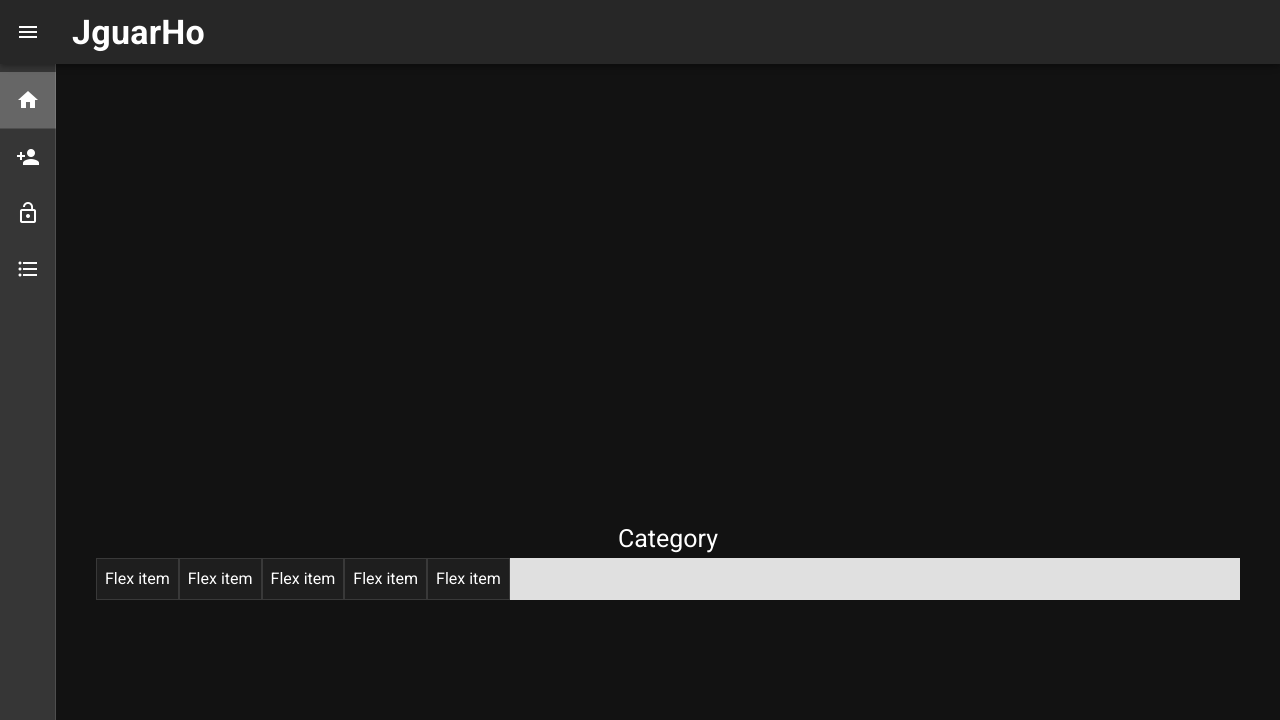
Repository: agent501/MRMS
Page: /
These files come from the project's save history. The page is drawn as it stood at one moment and after the next save; the edit follows.
The browser window is 1280 px wide. The pictures show the whole page.
The page's requests for data from a server got no answer. The project was rebuilt for these pictures with package versions that can differ from the ones it lists, and the page was loaded fresh each time. No one was signed in, and anything a server would have sent is missing. Also part of the build but not shown: vue.config.js, src/components/Product/products.vue, src/components/Product/product.vue, src/components/Product/createproduct.vue, src/components/User/signin.vue, src/components/User/signup.vue, src/components/User/profile.vue, src/components/Shared/Alert.vue and 2 more. Imported but missing from the stored project, and not drawn on this page: src/router/auth-guard.js.

Above is the page before, as saved 2020-08-05 11:17:45.

### src/main.js
import Vue from 'vue';
import App from './App.vue';
import router from './router';
import { store } from './store';
import alert from './components/Shared/Alert.vue';
import vuetify from './plugins/vuetify';
import { fb } from './components/firebase/firebase.js';
import * as firebase from 'firebase';
import editproductdiaglog from './components/Product/Edit/editproductdialog.vue';
import editprogressbar from './components/Product/Edit/editprogressbar.vue';

Vue.component('app-alert', alert);
Vue.component('app-edit-product', editproductdiaglog);
Vue.component('app-edit-progress', editprogressbar);

Vue.config.productionTip = false;

new Vue({
  router,
  store,
  vuetify,
  render: (h) => h(App),
  created() {
    fb;
    firebase.auth().onAuthStateChanged((user) => {
      if (user) {
        this.$store.dispatch('autosignin', user);
      }
    });
    this.$store.dispatch('loadProducts');
  },
}).$mount('#app');

### src/App.vue
<template>
  <v-app>
    <v-navigation-drawer v-model="drawer" :mini-variant.sync="mini" app clipped dense permanent>
      <v-list>
        <v-list-item to="/">
          <v-list-item-icon>
            <v-icon medium>home</v-icon>
          </v-list-item-icon>

          <v-list-item-content>
            <v-list-item-title>Home</v-list-item-title>
          </v-list-item-content>
        </v-list-item>

        <v-divider></v-divider>
        <v-list-item v-for="item in menuItems" :key="item.title" router :to="item.link">
          <v-list-item-icon>
            <v-icon medium>{{ item.icon }}</v-icon>
          </v-list-item-icon>

          <v-list-item-content>
            <v-list-item-title>{{ item.text }}</v-list-item-title>
          </v-list-item-content>
        </v-list-item>
        <v-list-item v-if="userIsAuthenticated || adminIsAuthenticated" @click="onLogout">
          <v-list-item-icon>
            <v-icon>exit_to_app</v-icon>
          </v-list-item-icon>
          <v-list-item-content>Logout</v-list-item-content>
        </v-list-item>
      </v-list>
    </v-navigation-drawer>

    <v-app-bar app clipped-left>
      <v-app-bar-nav-icon @click.stop="mini=!mini"></v-app-bar-nav-icon>
      <v-toolbar-title class="font-weight-bold display-1">
        <router-link to="/" tag="span" style="cursor:pointer">JguarHo</router-link>
      </v-toolbar-title>
    </v-app-bar>

    <!-- Page Content -->
    <v-content>
      <router-view></router-view>
    </v-content>

    <!-- <v-footer>
      <span>JguarHo &copy; Copyright Reserved</span>
    </v-footer>-->
  </v-app>
</template>

<script>
// import HelloWorld from './components/HelloWorld';

export default {
  name: 'App',

  components: {
    // HelloWorld,
  },
  props: {
    source: String
  },
  data: () => ({
    mini: true,
    drawer: true
    // items: [
    //   { icon: 'lock_open', text: 'Sign In', link: '/signin' },
    //   { icon: 'home', text: 'Home', link: '/' },
    //   { icon: 'list', text: 'All Products', link: '/products' },
    //   { icon: 'help_outline', text: 'About Us', link: '' }
    // ]
  }),
  computed: {
    menuItems() {
      let items = [
        { icon: 'person_add', text: 'Sign Up', link: '/signup' },
        { icon: 'lock_open', text: 'Sign In', link: '/signin' },

        {
          icon: 'format_list_bulleted',
          text: 'All Products',
          link: '/products'
        }
        // { icon: 'person', text: 'About Us', link: '' }
      ];
      if (this.adminIsAuthenticated) {
        items = [
          {
            icon: 'create_new_folder',
            text: 'Create Product',
            link: '/createproduct'
          },
          {
            icon: 'format_list_bulleted',
            text: 'All Products',
            link: '/products'
          },
          {
            icon: 'person',
            text: 'Profile',
            link: '/profile/' + this.adminIsAuthenticated.id
          }
        ];
      } else if (this.userIsAuthenticated) {
        items = [
          {
            icon: 'format_list_bulleted',
            text: 'All Products',
            link: '/products'
          },
          {
            icon: 'person',
            text: 'Profile',
            link: '/profile/' + this.userIsAuthenticated.id
          }
        ];
      }
      return items;
    },
    adminIsAuthenticated() {
      return (
        this.$store.getters.user !== null &&
        this.$store.getters.user !== undefined &&
        this.$store.getters.user.id === 'ktQMfIIbLQRTlySJDVzU9JbCF293' &&
        this.$store.getters.user
      );
    },
    userIsAuthenticated() {
      return (
        this.$store.getters.user !== null &&
        this.$store.getters.user !== undefined &&
        this.$store.getters.user
      );
    }
  },
  created() {
    this.$vuetify.theme.dark = true;
  },
  methods: {
    onLogout() {
      this.$store.dispatch('logout');
      this.$router.push('/');
    }
  }
};
</script>

### src/router/index.js
import Vue from 'vue';
import VueRouter from 'vue-router';
import home from '../components/Home.vue';
import products from '../components/Product/products.vue';
import product from '../components/Product/product.vue';
import createproduct from '../components/Product/createproduct.vue';
import signin from '../components/User/signin.vue';
import signup from '../components/User/signup.vue';
import profile from '../components/User/profile.vue';
import AuthGuard from '../router/auth-guard.js';

Vue.use(VueRouter);

export default new VueRouter({
  mode: 'history',
  routes: [
    { path: '/', name: 'home', component: home },
    { path: '/products', name: 'products', component: products },
    {
      path: '/createproduct',
      name: 'createproduct',
      component: createproduct,
      beforeEnter: AuthGuard,
    },
    { path: '/signin', name: 'signin', component: signin },
    { path: '/signup', name: 'signup', component: signup },
    {
      path: '/profile/:id',
      name: 'profile',
      component: profile,
      beforeEnter: AuthGuard,
    },
    {
      path: '/products/:id',
      name: 'product',
      props: true,
      component: product,
    },
  ],
});

### src/store/index.js
import Vue from 'vue';
import Vuex from 'vuex';

import product from './product';
import user from './user';
import shared from './shared';

Vue.use(Vuex);

export const store = new Vuex.Store({
  modules: {
    product: product,
    user: user,
    shared: shared,
  },
});

### src/plugins/vuetify.js
import Vue from 'vue';
import Vuetify from 'vuetify/lib';
import '@mdi/font/css/materialdesignicons.css'; //
import 'material-design-icons-iconfont/dist/material-design-icons.css';

Vue.use(Vuetify);

export default new Vuetify({
  icons: {
    iconfont: 'mdi',
  },
});

### src/components/firebase/firebase.js
import firebase from 'firebase/app';
import 'firebase/firestore';
import 'firebase/storage';

var firebaseConfig = {
  apiKey: 'AIzaSyBJdvJyA-ac-dO3JYy-4WKY7wIkma-Y1fI',
  authDomain: 'mrms-2ae69.firebaseapp.com',
  databaseURL: 'https://mrms-2ae69.firebaseio.com',
  projectId: 'mrms-2ae69',
  storageBucket: 'mrms-2ae69.appspot.com',
  messagingSenderId: '287673096935',
  appId: '1:287673096935:web:7f7f75dea0b5657353e042',
  measurementId: 'G-EKPLN37GXX',
};

export const fb = firebase.initializeApp(firebaseConfig);

### src/components/Home.vue
<template>
  <div class="mx-10" style="max-width:1800px">
    <v-layout>
      <v-flex xs12 class="text-xs-center" v-if="!loading">
        <v-progress-circular
          indeterminate
          class="primary--text"
          :width="7"
          :size="70"
          v-if="loading"
        ></v-progress-circular>
      </v-flex>
    </v-layout>

    <v-carousel
      cycle
      class="mt-4"
      height="400"
      hide-delimiters
      show-arrows-on-hover
      width="100%"
      style="cursor:pointer"
    >
      <v-carousel-item
        v-for="product in products"
        :key="product.id"
        @click="onLoadProduct(product.id)"
      >
        <div class="text-right">
          <span class="title">{{ product.name }}</span>
        </div>
        <img :src="product.featureimage" style="height: 100%; width: 100%; object-fit: contain" />
      </v-carousel-item>
    </v-carousel>

    <div>
      <div class="mt-10 text-center" style="font-size:25px">Category</div>
      <div>
        <v-card class="d-flex flex-wrap" color="grey lighten-2" flat tile>
          <v-card
            v-for="n in 5"
            :key="n"
            class="pa-2"
            max-width="800"
            max-height="500"
            outlined
            tile
          >Flex item</v-card>
        </v-card>
      </div>
    </div>
  </div>
</template>

<script>
export default {
  // data: () => ({
  //   images: [
  //     {
  //       src: 'https://cdn.vuetifyjs.com/images/carousel/squirrel.jpg',
  //       title: 'image1asdasdasdsadasdasdsadasdasd',
  //       id: 'asdad123'
  //     },
  //     {
  //       src: 'https://cdn.vuetifyjs.com/images/carousel/sky.jpg',
  //       title: 'image2',
  //       id: 'asdasd1223'
  //     },
  //     {
  //       src: 'https://cdn.vuetifyjs.com/images/carousel/bird.jpg',
  //       title: 'image3',
  //       id: 'asdad13223'
  //     },
  //     {
  //       src: 'https://cdn.vuetifyjs.com/images/carousel/planet.jpg',
  //       title: 'image4',
  //       id: 'asdaasd1123'
  //     }
  //   ]
  // }),
  computed: {
    products() {
      return this.$store.getters.featuredProducts;
    },
    loading() {
      return this.$store.getters.loading;
    },
  },
  methods: {
    onLoadProduct(id) {
      this.$router.push('/products/' + id);
    },
  },
};
</script>

<style scoped>
.title {
  background-color: rgba(235, 235, 235, 0.897);
  color: black;

  padding: 10px 30px;
}
</style>

### src/store/product/index.js
import * as firebase from 'firebase';

export default {
  state: {
    loadedProducts: [],
  },
  mutations: {
    createProduct(state, payload) {
      state.loadedProducts.push(payload);
    },
    setLoadedProducts(state, payload) {
      state.loadedProducts = payload;
    },
    updateProduct(state, payload) {
      const product = state.loadedProducts.find((product) => {
        return product.id === payload.id;
      });
      if (payload.name) {
        product.name = payload.name;
      }
      if (payload.description) {
        product.description = payload.description;
      }
      if (payload.earningperunit) {
        product.earningperunit = payload.earningperunit;
      }
      if (payload.investmentperunit) {
        product.investmentperunit = payload.investmentperunit;
      }
    },
    updateProgress(state, payload) {
      const product = state.loadedProducts.find((product) => {
        return product.id === payload.id;
      });
      if (payload.productprogressbar) {
        product.productprogressbar = payload.productprogressbar;
      }
    },
    deleteProduct(state, payload) {
      const registeredProducts = state.loadedProducts;
      registeredProducts.splice(
        registeredProducts.findIndex((product) => product.id === payload),
        1
      );
      // Reflect.deleteProperty(state.user.fbKeys,payload)
    },
  },
  actions: {
    loadProducts({ commit }) {
      commit('setLoading', true);
      firebase
        .database()
        .ref('products')
        .once('value')
        .then((data) => {
          const products = [];
          const obj = data.val();
          for (let key in obj) {
            products.push({
              id: key,
              name: obj[key].name,
              description: obj[key].description,
              investmentperunit: obj[key].investmentperunit,
              earningperunit: obj[key].earningperunit,
              creatorId: obj[key].creatorId,
              productimage: obj[key].productimage,
              productprogressbar: obj[key].productprogressbar,
              featureimage: obj[key].productimage[0],
            });
          }
          commit('setLoadedProducts', products);
          commit('setLoading', false);
        })
        .catch((error) => {
          console.log(error);
          commit('setLoading', true);
        });
    },
    deleteProduct({ commit }, payload) {
      const productId = payload;
      console.log(productId);
      firebase
        .database()
        .ref('products')
        .child(productId)
        .remove()
        .then(function () {
          // File deleted successfully

          console.log('success');
        })
        .catch(function (error) {
          // Uh-oh, an error occurred!
          console.log(error);
        });
      commit('deleteProduct', payload);
    },
    createProduct({ commit, getters }, payload) {
      const product = {
        name: payload.name,
        description: payload.description,
        investmentperunit: payload.investmentperunit,
        earningperunit: payload.earningperunit,
        productimage: payload.productimage,
        productprogressbar: payload.productprogressbar,
        creatorId: getters.user.id,
      };
      let key;
      firebase
        .database()
        .ref('products')
        .push(product)
        .then((data) => {
          //specific product id
          key = data.key;
          commit('createProduct', { ...product, id: key });
          // return key
        });
    },
    updateproductdata({ commit }, payload) {
      commit('loading', true);
      const updateObj = {};
      if (payload.name) {
        updateObj.name = payload.name;
      }
      if (payload.desscription) {
        updateObj.description = payload.desscription;
      }
      if (payload.earningperunit) {
        updateObj.earningperunit = payload.earningperunit;
      }
      if (payload.investmentperunit) {
        updateObj.investmentperunit = payload.investmentperunit;
      }
      firebase
        .database()
        .ref('products')
        .child(payload.id)
        .update(updateObj)
        .then(() => {
          commit('setLoading', false);
          commit('updateProduct', payload);
        })
        .catch((error) => {
          console.log(error);
          commit('setLoading', false);
        });
    },
    updateprogressdata({ commit }, payload) {
      commit('loading', true);
      const updateObj = {};
      if (payload.productprogressbar) {
        updateObj.productprogressbar = payload.productprogressbar;
      }

      firebase
        .database()
        .ref('products')
        .child(payload.id)
        .update(updateObj)
        .then(() => {
          commit('setLoading', false);
          commit('updateProgress', payload);
        })
        .catch((error) => {
          console.log(error);
          commit('setLoading', false);
        });
    },
  },
  getters: {
    loadedProducts(state) {
      return state.loadedProducts.sort((productA, productB) => {
        return productA.date > productB.date;
      });
    },
    featuredProducts(state, getters) {
      return getters.loadedProducts.slice(0, 5);
    },
    loadedProduct(state) {
      return (productId) => {
        return state.loadedProducts.find((product) => {
          return product.id === productId;
        });
      };
    },
  },
  modules: {},
};

### src/store/user/index.js
import * as firebase from 'firebase';

export default {
  state: {
    user: null,
    profile: [],
  },
  mutations: {
    setUser(state, payload) {
      state.user = payload;
    },
    setLoadedProfile(state, payload) {
      state.profile = payload;
    },
    updateProfile(state, payload) {
      const profile = state.profile;

      if (payload.name) {
        profile.name = payload.name;
      }
      if (payload.email) {
        profile.email = payload.email;
      }
      if (payload.icnumber) {
        profile.icnumber = payload.icnumber;
      }
      if (payload.phonenumber) {
        profile.phonenumber = payload.phonenumber;
      }
      if (payload.ssmimage) {
        profile.ssmimage = payload.ssmimage;
      }
    },
  },
  actions: {
    signUp({ commit }, payload) {
      // perform the mutation set loading because no matter user success sign up or not it will always display loading
      commit('setLoading', true);
      commit('clearError');
      firebase
        .auth()
        // passing the email and password fetch from the signup page and send to the firebasenpm
        .createUserWithEmailAndPassword(payload.email, payload.password)
        //if success, get the unique id from the firebase and set it on the format that is same as state
        .then((response) => {
          // set loading in the state back to false because is already succeed
          commit('setLoading', false);

          const newUser = {
            userid: response.user.uid,
            registeredProducts: [],
            fbKeys: {},
            email: payload.email,
            phonenumber: payload.phonenumber,
            icnumber: payload.icnumber,
            name: payload.name,
            ssmimage: payload.image,
          };
          let key;
          firebase
            .database()
            .ref('profiles')
            .push(newUser)
            .then((data) => {
              //specific product id
              key = data.userid;
              commit('createProfile', { ...newUser, id: key });
              // return key
            });

          commit('setUser', newUser);
        })
        // if got error
        .catch((error) => {
          // set loading in the state back to false because there's a error occur
          commit('setLoading', false);
          // perform the mutation of setError to display the error
          commit('setError', error);
          console.log(error);
        });
    },
    logIn({ commit }, payload) {
      // perform the mutation set loading because no matter user success sign in or not it will always display loading
      commit('setLoading', true);
      commit('clearError');
      firebase
        .auth()
        // sending the user email and password to the firebase for matchmaking in order to login
        .signInWithEmailAndPassword(payload.email, payload.password)
        .then((response) => {
          // set loading in the state back to false because is already succeed
          commit('setLoading', false);

          const newUser = {
            id: response.user.uid,
            registeredProducts: [],
            fbKeys: {},
          };

          firebase
            .database()
            .ref('profiles')
            .orderByChild('userid')
            .equalTo(newUser.id)
            .once('value')
            .then((data) => {
              const profile = [];
              const obj = data.val();
              for (let key in obj) {
                profile.push({
                  id: key,
                  name: obj[key].name,
                  email: obj[key].email,
                  icnumber: obj[key].icnumber,
                  phonenumber: obj[key].phonenumber,
                  userid: obj[key].userid,
                  ssmimage: obj[key].ssmimage,
                });
              }
              console.log(profile);
              commit('setLoadedProfile', profile);

              commit('setLoading', false);
            })
            .catch((error) => {
              console.log(error);
              commit('setLoading', true);
            });

          commit('setUser', newUser);
        }) // if got error
        .catch((error) => {
          // set loading in the state back to false because there's a error occur
          commit('setLoading', false);
          // perform the mutation of setError to display the error
          commit('setError', error);
          console.log(error);
        });
    },
    autosignin({ commit }, payload) {
      commit('setUser', { id: payload.uid, registeredProducts: [] });
    },
    logout({ commit }) {
      firebase.auth().signOut();
      commit('setUser', null);
    },
    updatePassword(payload) {
      var user = firebase.auth().currentUser;
      var updatepassword = payload.newpassword;
      var credential = firebase.auth.EmailAuthProvider.credential(
        payload.email,
        payload.currentpassword
      );

      user
        .reauthenticate(credential)
        .then(() => {
          user
            .updatePassword(updatepassword)
            .then(() => {
              this.dialog = true;
              console.log('update complete');
              if (this.dialog === false) {
                this.$router.push('/');
              }
            })
            .catch((error) => {
              console.log(error);
            });
        })
        .catch((error) => {
          console.log(error);
        });
    },
    updateProfileData({ commit }, payload) {
      commit('loading', true);
      const updateObj = {};
      if (payload.name) {
        updateObj.name = payload.name;
      }
      if (payload.email) {
        updateObj.email = payload.email;
      }
      if (payload.icnumber) {
        updateObj.icnumber = payload.icnumber;
      }
      if (payload.phonenumber) {
        updateObj.phonenumber = payload.phonenumber;
      }
      if (payload.ssmimage) {
        updateObj.ssmimage = payload.ssmimage;
      }
      firebase
        .database()
        .ref('profiles')
        .child(payload.id)
        .update(updateObj)
        .then(() => {
          commit('setLoading', false);
          commit('updateProfile', payload);
        })
        .catch((error) => {
          console.log(error);
          commit('setLoading', false);
        });
    },
  },
  getters: {
    user(state) {
      return state.user;
    },
  },
};

### src/store/shared/index.js
export default {
  state: {
    loading: false,
    error: null,
  },
  mutations: {
    setLoading(state, payload) {
      state.loading = payload;
    },
    // change the of status error in state
    setError(state, payload) {
      state.error = payload;
    },
    // change the status of error back to null
    clearError(state) {
      state.error = null;
    },
  },
  actions: {
    clearError({ commit }) {
      commit('clearError');
    },
  },
  getters: {
    error(state) {
      return state.error;
    },
    loading(state) {
      return state.loading;
    },
  },
};

Loaded but not shown: public/index.html (common file)

After the next save:
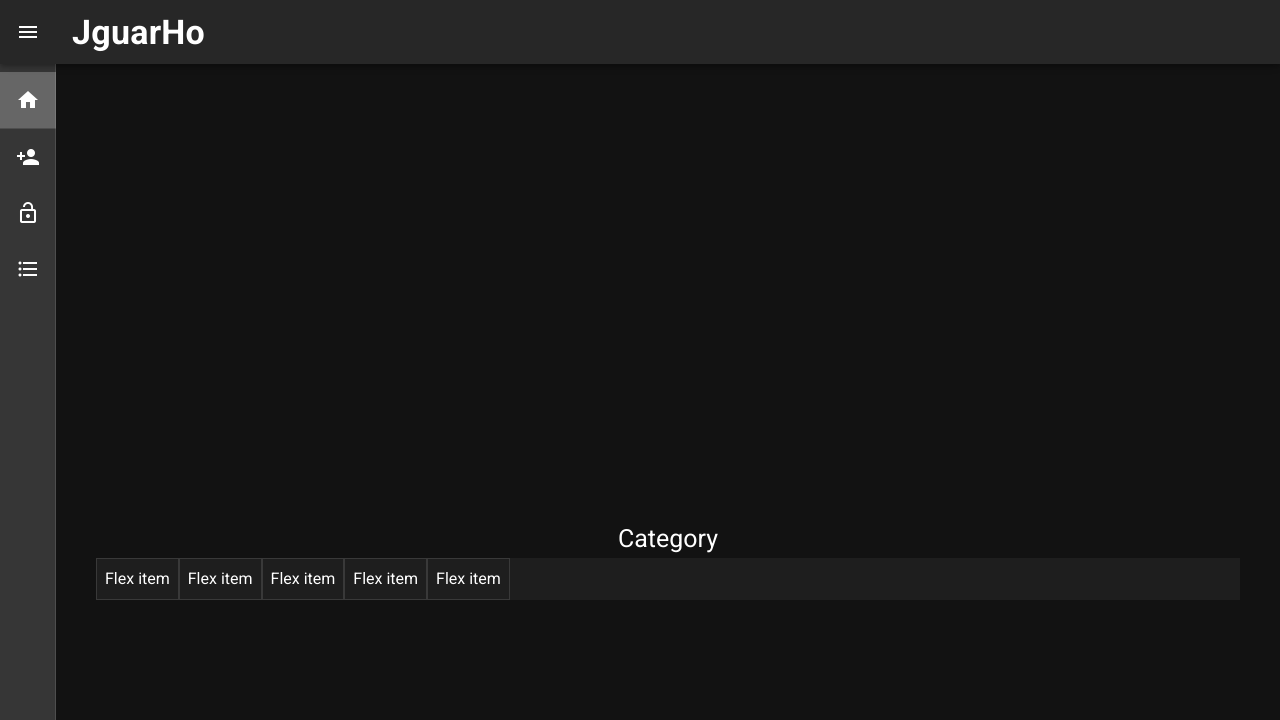
Saved 17 s later.
--- a/src/components/Home.vue
+++ b/src/components/Home.vue
@@ -36,7 +36,7 @@
     <div>
       <div class="mt-10 text-center" style="font-size:25px">Category</div>
       <div>
-        <v-card class="d-flex flex-wrap" color="grey lighten-2" flat tile>
+        <v-card class="d-flex flex-wrap" flat tile>
           <v-card
             v-for="n in 5"
             :key="n"
